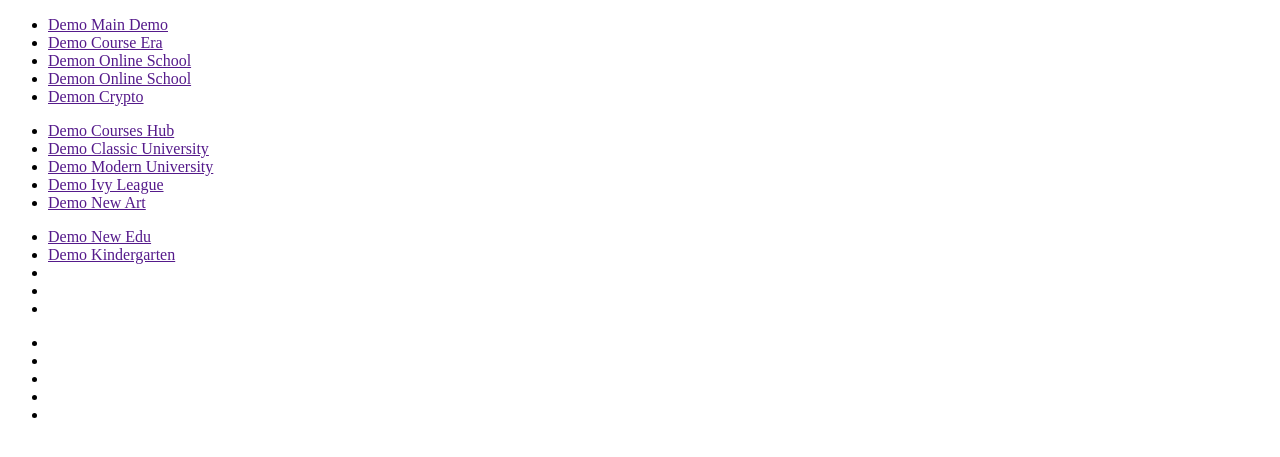
Repository: ibrkhalil/EduWebsite
Page: test.html
An editor plug-in stored every save of this project. The page is shown before and after a run of saves, followed by the edit.
The browser window is 1280 px wide. The pictures show the whole page.

Above is the page before, as saved 2020-11-18 15:05:22.

After the next 2 saves:
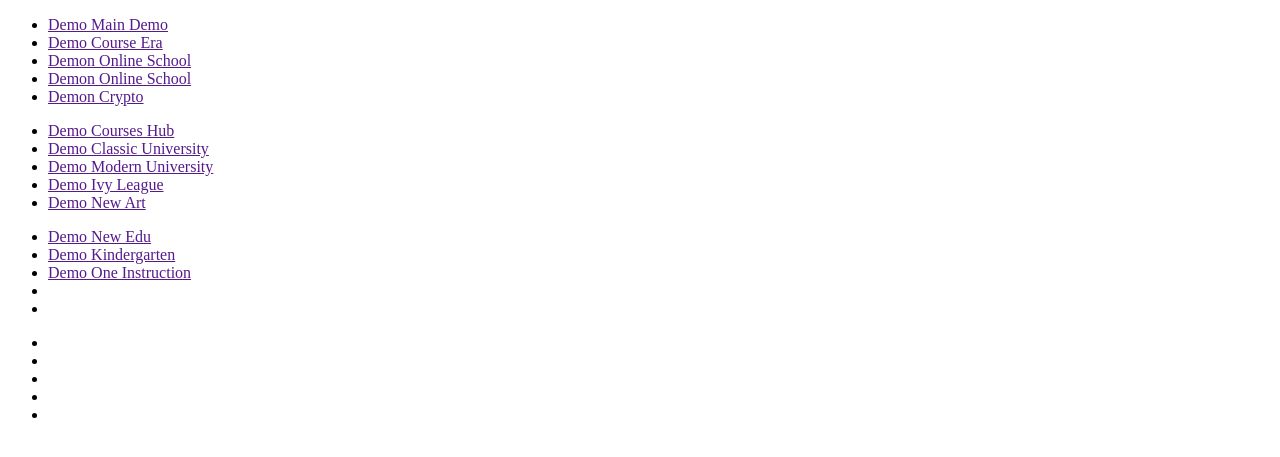
The 2 saves are shown as one change because they came seconds apart.
The last was saved 15 s later.
--- a/test.html
+++ b/test.html
@@ -23,8 +23,8 @@
     <ul>
         <li><a href="">Demo New Edu</a></li>
         <li><a href="">Demo Kindergarten</a></li>
+        <li><a href="">Demo One Instruction</a></li>
         <li><a href=""></a></li>
-        <li></li>
         <li></li>
     </ul>
     <ul>
